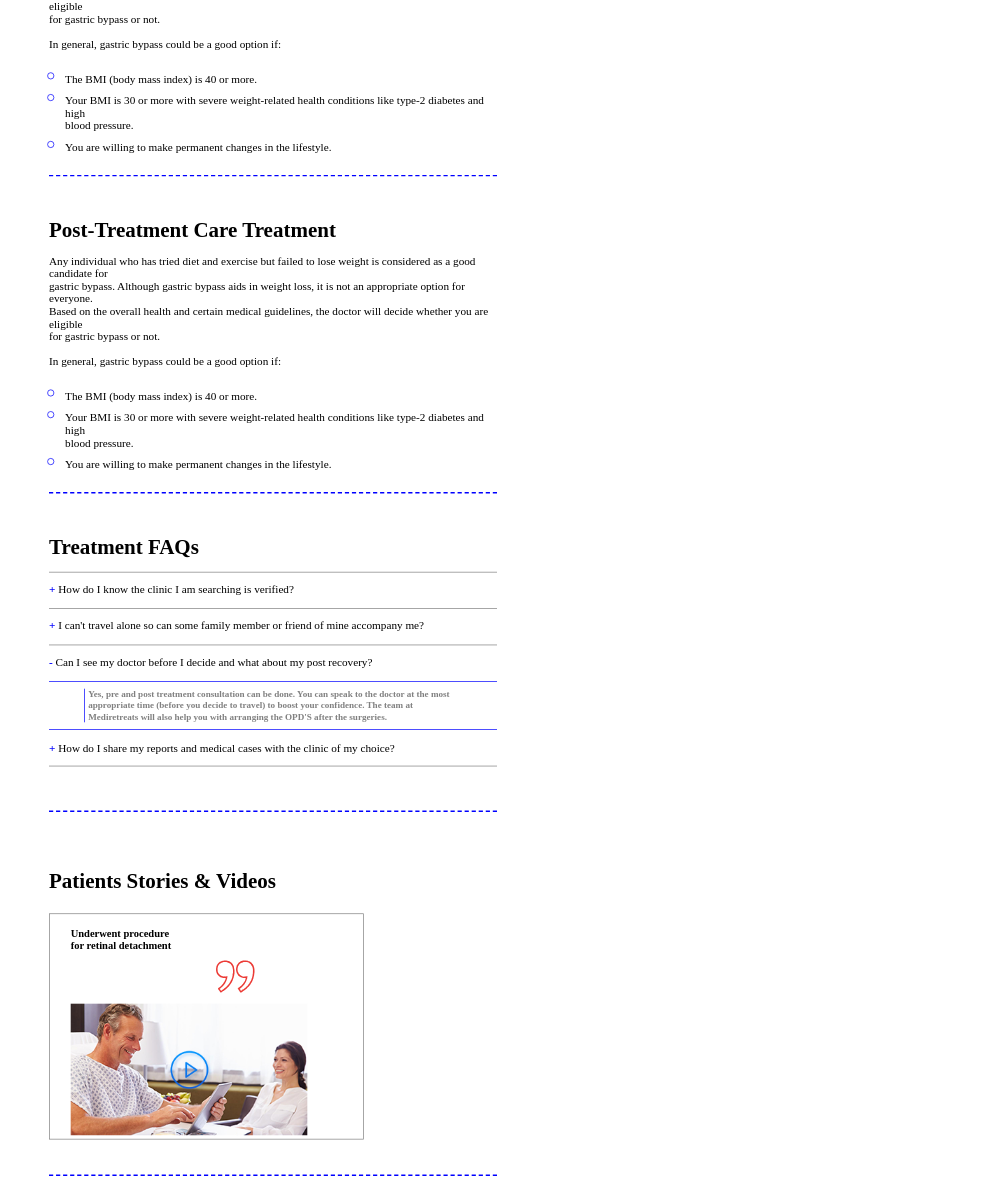
Repository: hetuk2005/webDevelopment
Page: Projects/Aafiya.html
An editor plug-in stored every save of this project. The page is shown before and after the next save, followed by the edit.
The browser window is 1280 px wide. The page is 1438 px wide, so the pictures cover 1438 px, including what lies to the right of the window. The pictures show the part of the page from y = 2897 to 4617 px (the page is 4587 px tall before and 4617 px after), at 70% of full size.

Above is the page before, as saved 2025-04-08 10:48:40.

After the next save:
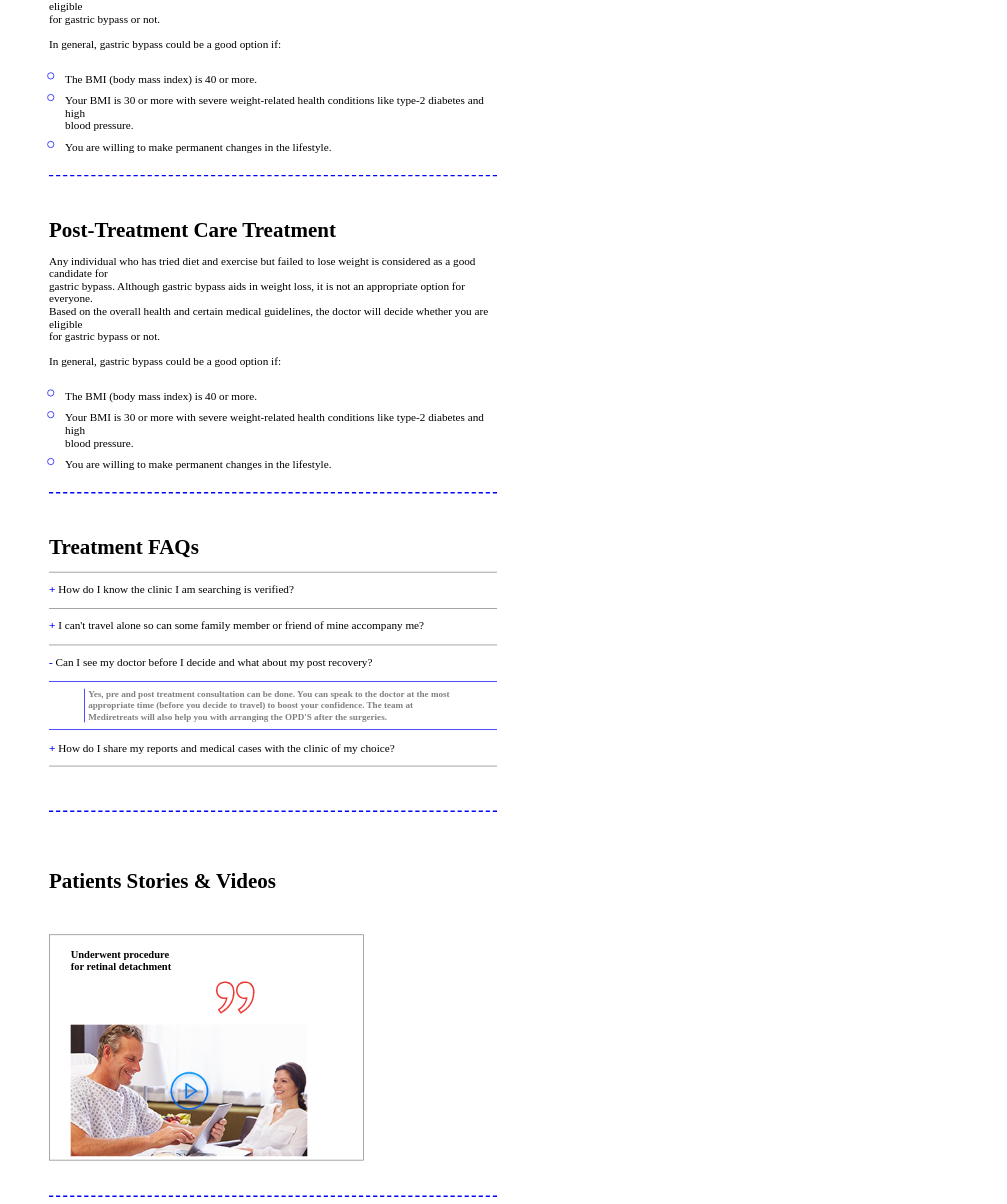
Saved 22 s later.
--- a/Projects/CSS/Aafiya.css
+++ b/Projects/CSS/Aafiya.css
@@ -507,7 +507,7 @@ span {
 .patient_stories>h3 {
     font-size: 30px;
     font-weight: bold;
-    margin-bottom: 30px;
+    margin-bottom: 60px;
 }
 
 .patient_stories>.stories_img {
